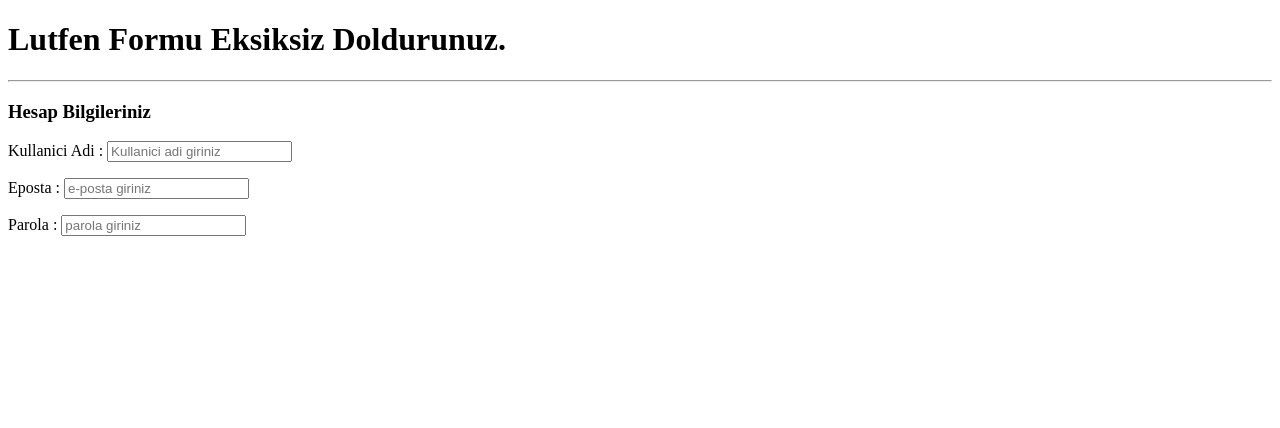
Repository: sammkrt/git101
Page: html-css-TrainingMyself/uygulama4.html
The author's editor kept a copy of each file at every save. The page is drawn from the files as they stood at one save, then again after the next save.
The browser window is 1280 px wide. The pictures show the whole page.

Above is the page before, as saved 2022-12-22 12:45:31.

### html-css-TrainingMyself/uygulama4.html
<!DOCTYPE html>
<html lang="en">
<head>
    <meta charset="UTF-8">
    <meta http-equiv="X-UA-Compatible" content="IE=edge">
    <meta name="viewport" content="width=device-width, initial-scale=1.0">
    <title>Document</title>
</head>
<body>
    <h1>Lutfen Formu Eksiksiz Doldurunuz.</h1>
    <hr>
    <h3>Hesap Bilgileriniz</h3>
    <form >
        <p>
            Kullanici Adi : <input type="text" placeholder="Kullanici adi giriniz" required>
        </p>
        <p>
            Eposta : <input type="email" placeholder="e-posta giriniz" required>
        </p>
        <p>
            Parola : <input type="password" placeholder="parola giriniz" required>
        </p>






    </form>
</body>
</html>

After the next save:
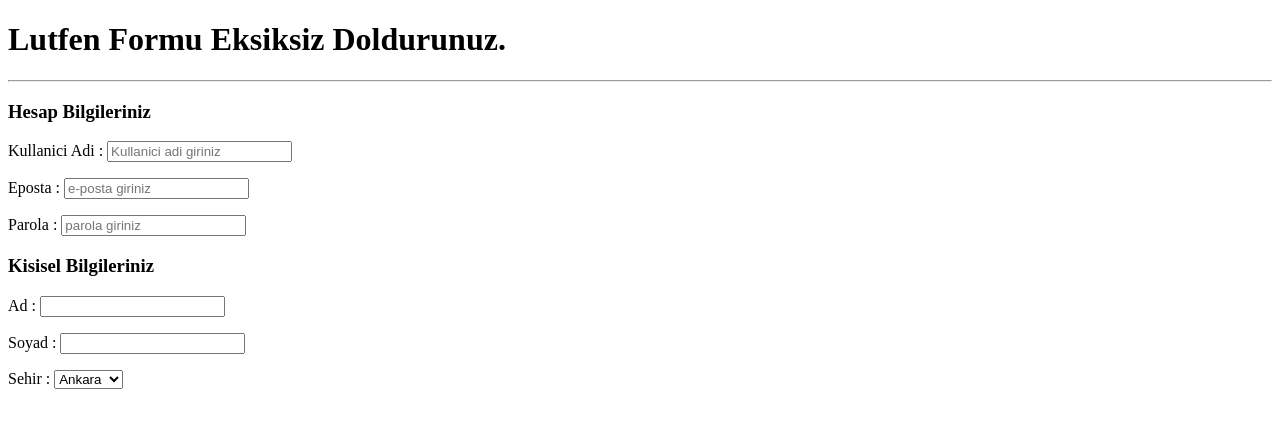
Saved 2 min 23 s later.
--- a/html-css-TrainingMyself/uygulama4.html
+++ b/html-css-TrainingMyself/uygulama4.html
@@ -20,7 +20,21 @@
         <p>
             Parola : <input type="password" placeholder="parola giriniz" required>
         </p>
-
+        <h3>Kisisel Bilgileriniz</h3>
+        <p>
+            Ad : <input type="text">
+        </p>
+        <p>
+            Soyad : <input type="text">
+        </p>
+        <p>
+            Sehir : <select name="Sehir">
+                <option>Ankara</option>
+                <option>Istanbul</option>
+                <option>Izmir</option>
+                <option>Adana</option>
+            </select>
+        </p>
 
 
 
